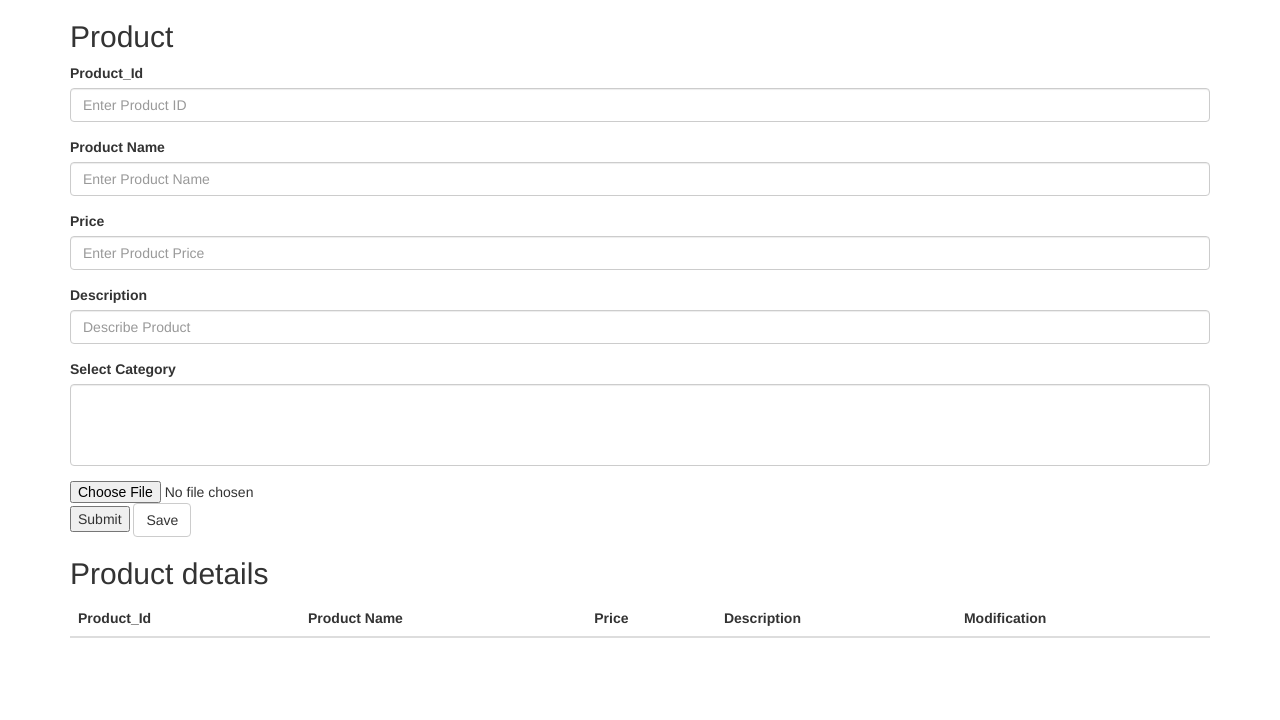
Repository: ashutosh238/S180403_404Shoppingcart
Page: http://localhost/ShoppingCartFrontEnd/WEB-INF/page/admin/product.jsp
These files come from the project's save history. The page is drawn as it stood at one moment and after the next save; the edit follows.
The browser window is 1280 px wide. The pictures show the whole page.
The page is served by Tomcat 9. Nobody is signed in. The template is opened directly, without the code that normally fills it, so the values that code supplies are empty.

Above is the page before, as saved 2018-05-25 08:34:38.

After the next save:
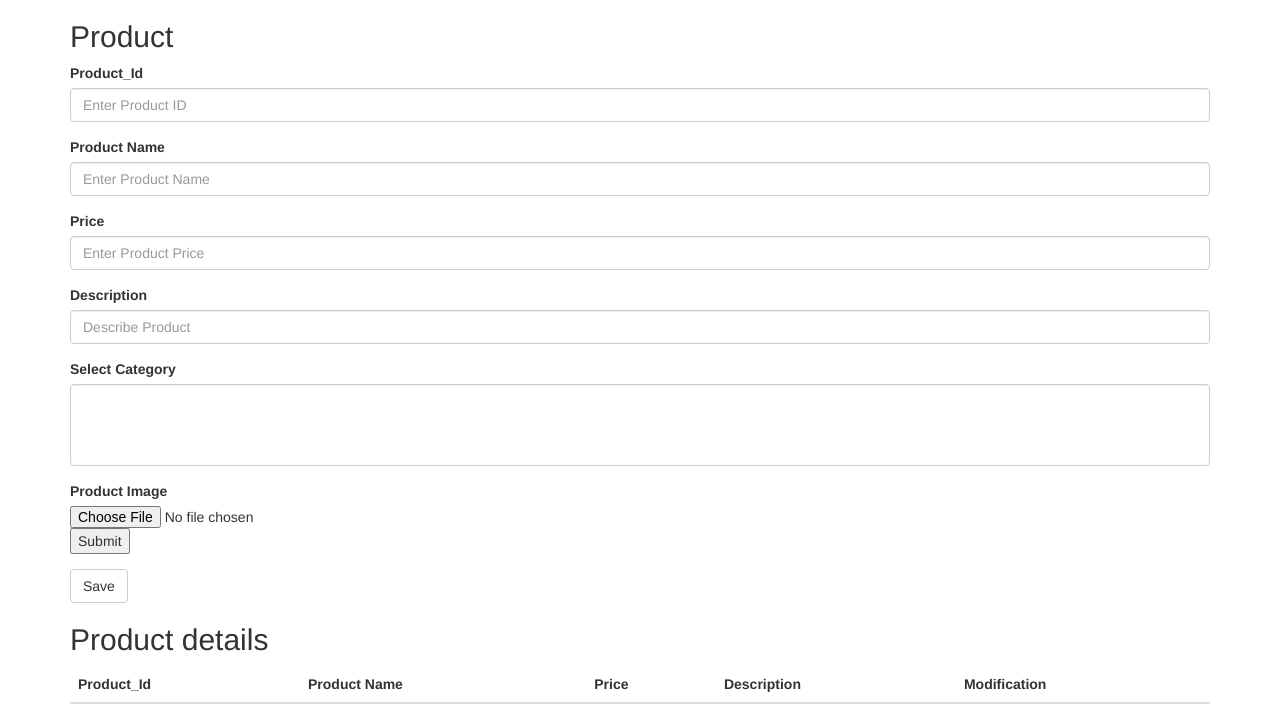
Saved 88 s later.
--- a/ShoppingCartFrontEnd/src/main/webapp/WEB-INF/page/admin/product.jsp
+++ b/ShoppingCartFrontEnd/src/main/webapp/WEB-INF/page/admin/product.jsp
@@ -43,8 +43,11 @@
 
     </select>
   </div>
+  <div class="form-group">
+    <label for="productImg">Product Image</label>
    <input type="file" name="pic" accept="image/*">
   <input type="submit">
+  </div>
 
 
     <button type="submit" class="btn btn-default">Save</button>
